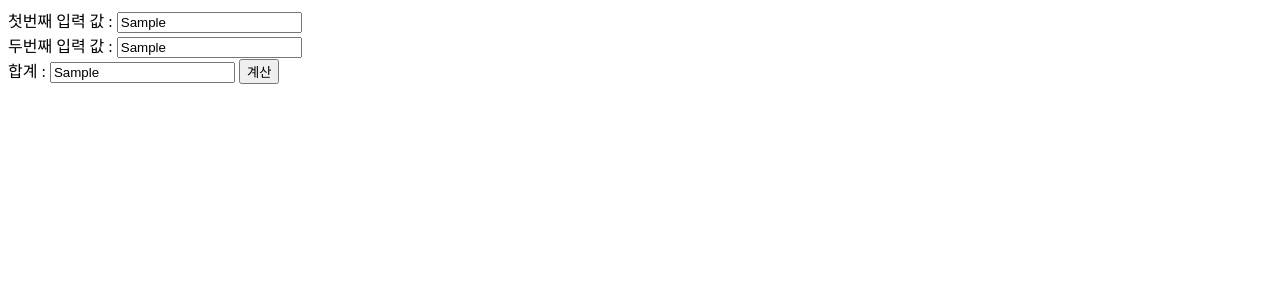
Repository: seonyeob94/BasicWeb
Page: webpro/src/main/webapp/0317/input_value.html
The author's editor kept a copy of each file at every save. The page is drawn from the files as they stood at one save, then again after the next save.
The browser window is 1280 px wide. The pictures show the whole page.
Empty fields were first filled with sample values (such as "Sample", 5 or name@example.com).
After loading, the first visible `input[onclick="calc();"]` was clicked once.

Above is the page before, as saved 2025-03-17 01:43:24.
Console error: ReferenceError: doucument is not defined

### webpro/src/main/webapp/0317/input_value.html
<!DOCTYPE html>
<html>
<head>
<meta charset="UTF-8">
<title>Insert title here</title>
<script>
const calc = function(){

	//입력태그의 id를 이용해서 입력한 값을 가져온다
	fValue = document.getElementById('firstVal').value;
	sValue = document.getElementById('secondVal').value;

	sum= fValue + sValue;

	//출력의 id=sum인 요소에 출력
	doucument.querySelector('#sum').value = sum;
}
</script>
</head>
<body>
첫번째 입력 값 : <input id="firstVal"> <br>
두번째 입력 값 : <input id="secondVal"> <br>
합계 : <input id="sum">
<input type="button" value="계산" onclick="calc();">

</body>
</html>

After the next save:
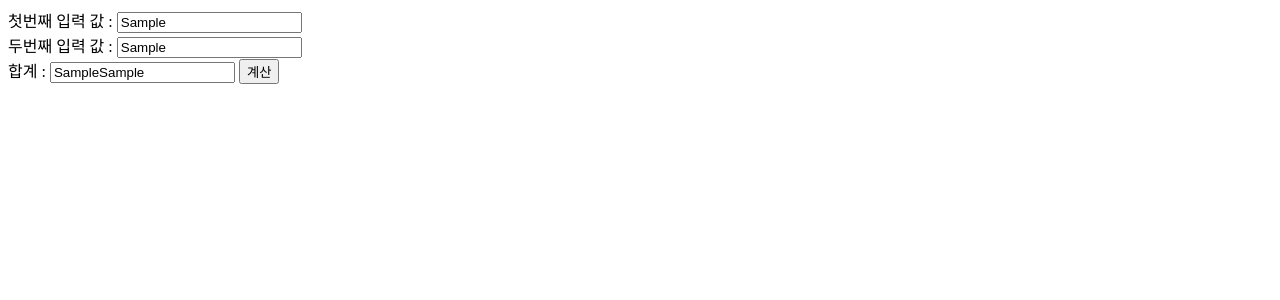
The error is gone.
Saved 78 s later.
--- a/webpro/src/main/webapp/0317/input_value.html
+++ b/webpro/src/main/webapp/0317/input_value.html
@@ -13,7 +13,7 @@ const calc = function(){
 	sum= fValue + sValue;
 
 	//출력의 id=sum인 요소에 출력
-	doucument.querySelector('#sum').value = sum;
+	document.querySelector('#sum').value = sum;
 }
 </script>
 </head>
